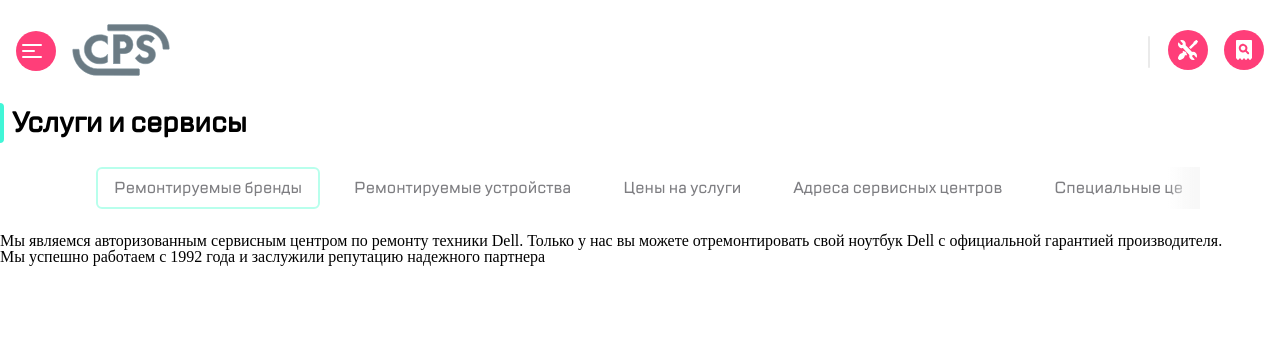
Repository: sem1103/bem
Page: index.html
The author's editor kept a copy of each file at every save. The page is drawn from the files as they stood at one save, then again after the next save.
The browser window is 1280 px wide. The pictures show the whole page.

Above is the page before, as saved 2023-12-27 18:23:08.

After the next save:
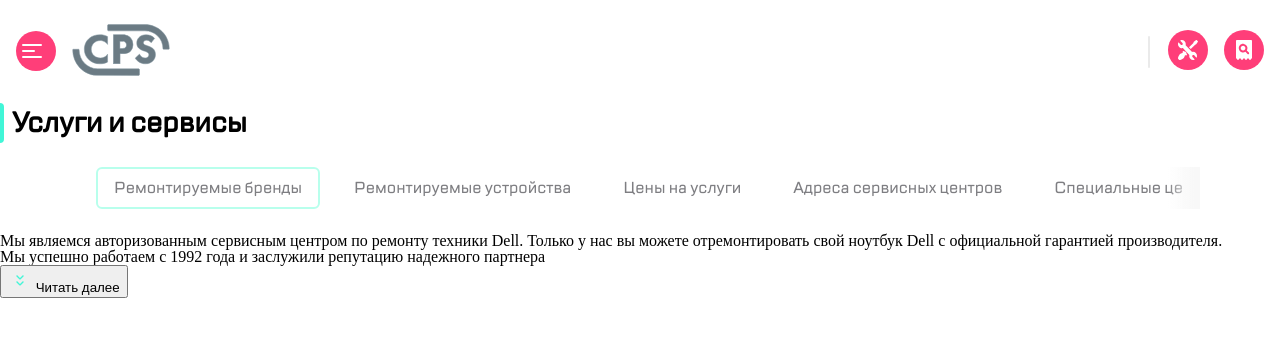
Saved 2 min 51 s later.
--- a/index.html
+++ b/index.html
@@ -116,7 +116,15 @@
                     <p>
                         Мы успешно работаем с 1992 года и заслужили репутацию надежного партнера
                     </p>
+
+                    <button class="content__more">
+                        <svg xmlns="http://www.w3.org/2000/svg" width="24" height="24" viewBox="0 0 24 24" fill="none">
+                            <path fill-rule="evenodd" clip-rule="evenodd" d="M14.5001 7.50008L12.0001 10.0001L9.50008 7.50008C9.22393 7.22393 8.77622 7.22393 8.50008 7.50008C8.22393 7.77622 8.22393 8.22393 8.50008 8.50008L11.293 11.293C11.6835 11.6835 12.3167 11.6835 12.7072 11.293L15.5001 8.50008C15.7762 8.22393 15.7762 7.77622 15.5001 7.50008C15.2239 7.22393 14.7762 7.22393 14.5001 7.50008ZM14.5001 13.5001L12.0001 16.0001L9.50008 13.5001C9.22393 13.2239 8.77622 13.2239 8.50008 13.5001C8.22393 13.7762 8.22393 14.2239 8.50008 14.5001L11.293 17.293C11.6835 17.6835 12.3167 17.6835 12.7072 17.293L15.5001 14.5001C15.7762 14.2239 15.7762 13.7762 15.5001 13.5001C15.2239 13.2239 14.7762 13.2239 14.5001 13.5001Z" fill="#41F6D7"/>
+                          </svg>
+                          Читать далее
+                    </button>
                 </div>
+
             </section>
         </main>
 
